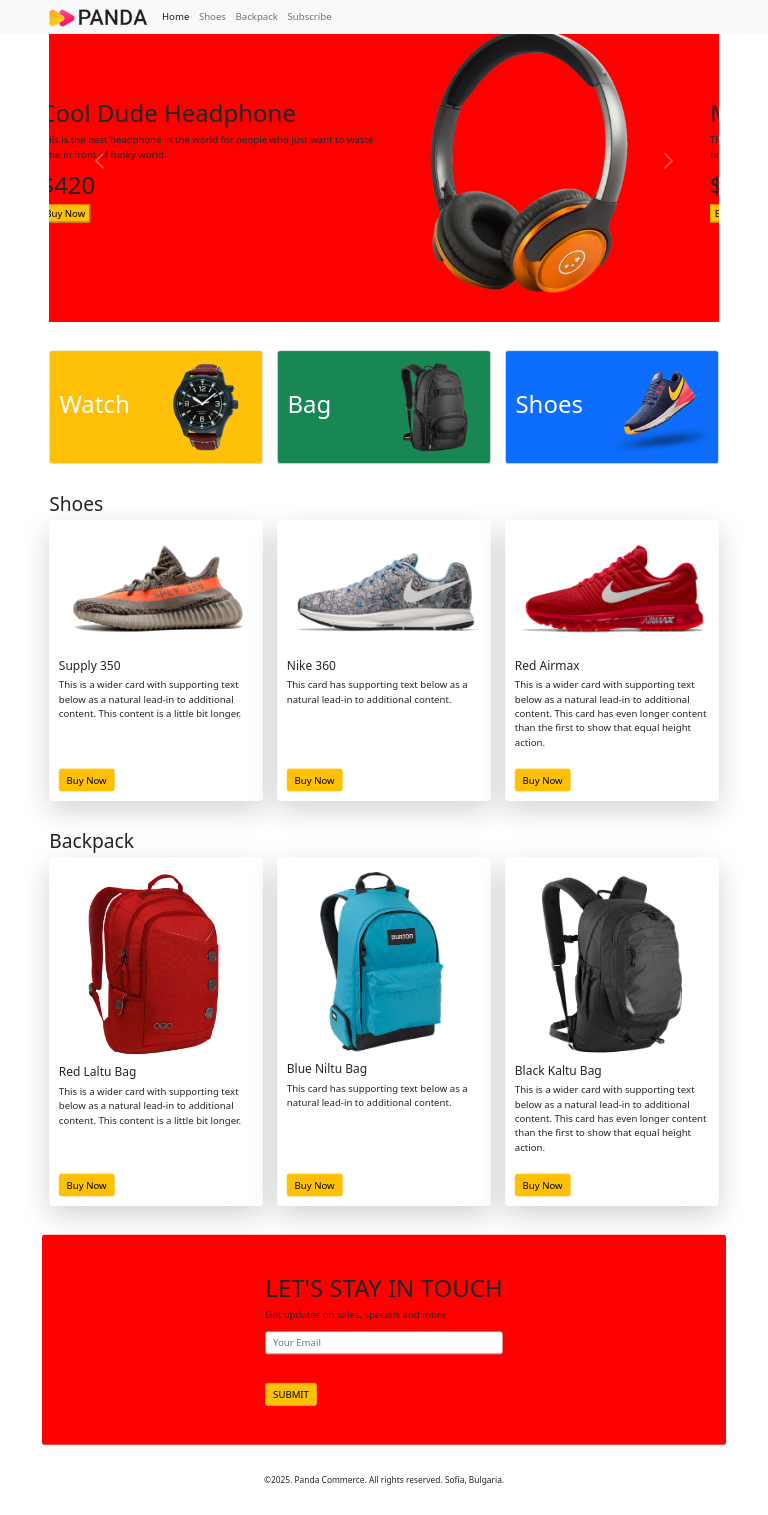
Repository: mdmohiddin/panda-commerce-rp
Page: index.html
These files come from the project's save history. The page is drawn as it stood at one moment and after the next save; the edit follows.
The browser window is 1280 px wide. The pictures show the whole page, at 60% of full size.

Above is the page before, as saved 2021-07-28 20:25:29.

After the next save:
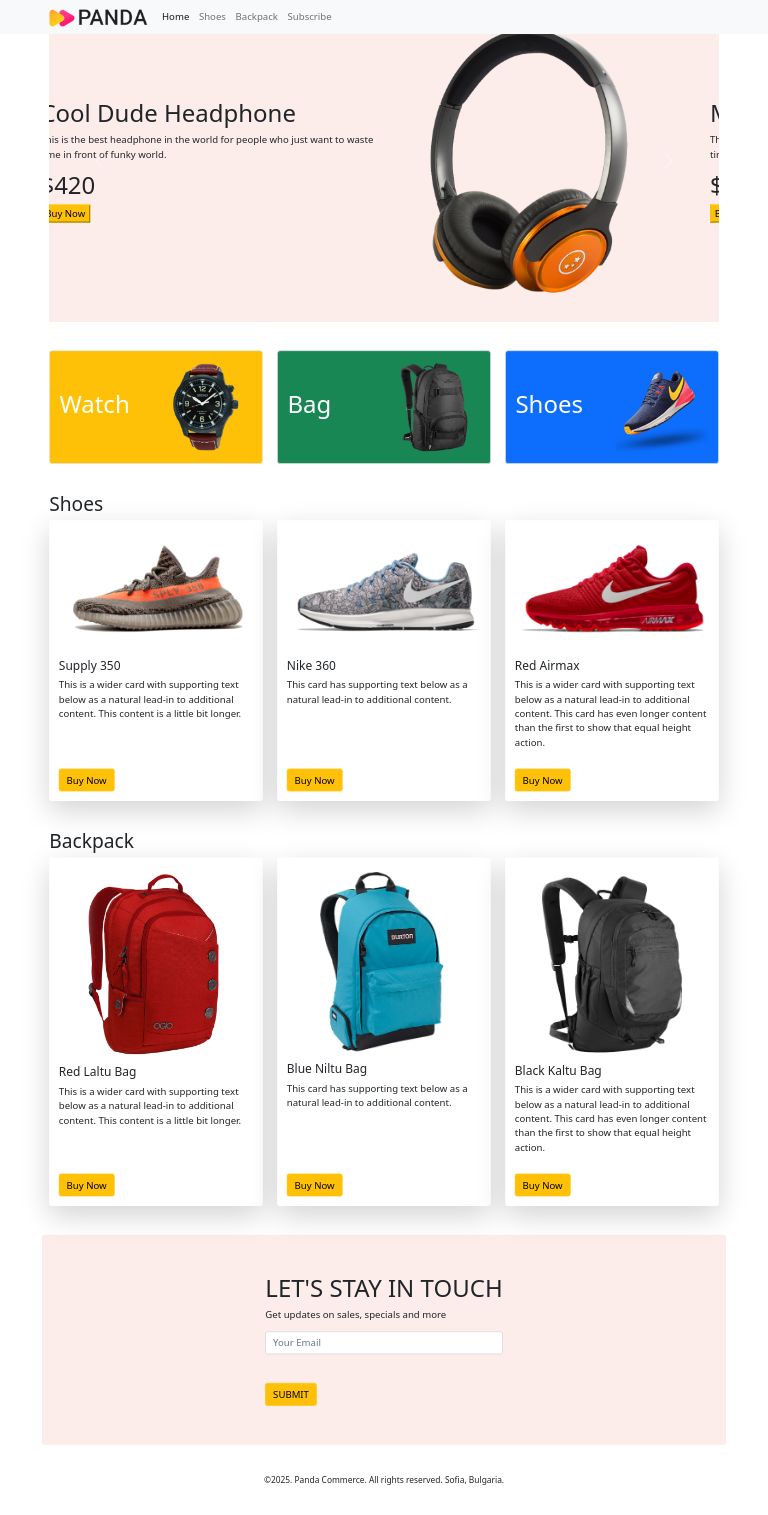
Saved 54 s later.
--- a/css/style.css
+++ b/css/style.css
@@ -1,3 +1,3 @@
 .panda-bg-info{
-    background-color: red !important;
+    background-color:#fcedeb;
 }
